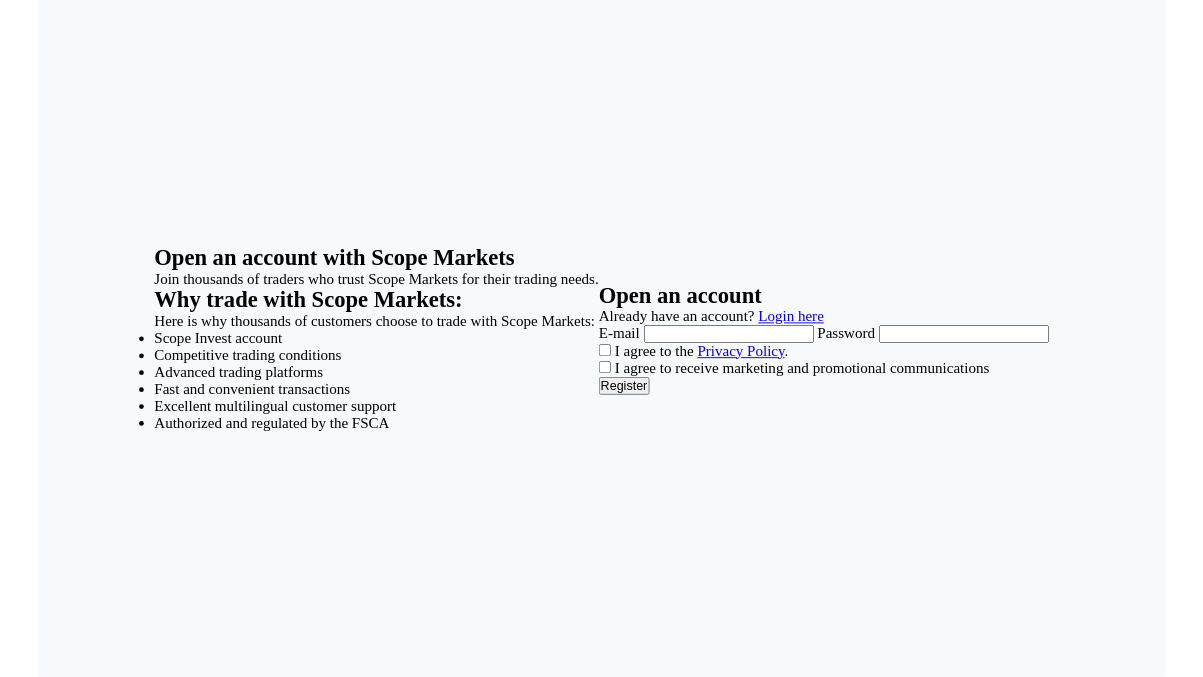
Repository: Jacques-Jaki-Morkel/vaultmarkets_SignupFlow
Page: index.HTML
An editor plug-in stored every save of this project. The page is shown before and after the next save, followed by the edit.
The browser window is 1280 px wide. The pictures show the whole page, at 94% of full size.

Above is the page before, as saved 2025-07-30 13:53:22.

### index.HTML
<!DOCTYPE html>
<html lang="en">
<head>
    <meta charset="UTF-8">
    <meta name="viewport" content="width=device-width, initial-scale=1.0">
    <title>Vault Markets - SignUP flow
    </title>
    <link rel="stylesheet" href="styles.css">
</head>
<body>
    <!-- Open account Section -->
    <section class="container-size openAccount-1">
        <div class="col-1">
            <h1>Open an account with Scope Markets</h1>
            <p>Join thousands of traders who trust Scope Markets for their trading needs.</p>
      <h2>Why trade with Scope Markets:</h2>
      <p>Here is why thousands of customers choose to trade with Scope Markets:</p>
      <ul>
        <li>Scope Invest account</li>
        <li>Competitive trading conditions</li>
        <li>Advanced trading platforms</li>
        <li>Fast and convenient transactions</li>
        <li>Excellent multilingual customer support</li>
        <li>Authorized and regulated by the FSCA</li>
      </ul>
    </div>

    <div class="col-2">
      <h2>Open an account</h2>
      <p>Already have an account? <a href="#">Login here</a></p>

      <form action="#" method="POST">
        <label for="email">E-mail</label>
        <input type="email" id="email" name="email" required>

        <label for="password">Password</label>
        <input type="password" id="password" name="password" required>

        <div>
          <input type="checkbox" id="privacy" name="privacy" required>
          <label for="privacy">I agree to the <a href="#">Privacy Policy</a>.</label>
        </div>

        <div>
          <input type="checkbox" id="marketing" name="marketing">
          <label for="marketing">I agree to receive marketing and promotional communications</label>
        </div>

        <button type="submit">Register</button>
      </form>
    </div>
    </section>

    <!-- Personal details Section -->
    <section class="container-size personal-2">
    </section>


    <script src="script.js"></script>
</body>
</html>

### styles.css
/* Reset and Base Styles */
* {
    margin: 0;
    padding: 0;
    box-sizing: border-box;
}

:root{
    --primary-color: #c89006;
    --secondary-color: #6c757d;
    --background-color: #f8f9fa;
    --text-color: #292929;
    --link-color: #007bff;
}

.container-size{
    max-width: 1200px;
    margin: 0 auto;
    padding: 0 20px;
}
.openAccount-1{
    display: flex;
    flex-direction: row;
    align-items: center;
    justify-content: center;
    height: 100vh;
    background-color: var(--background-color);
}

Loaded but not shown: script.js (no stored copy; drawn as an empty file)

After the next save:
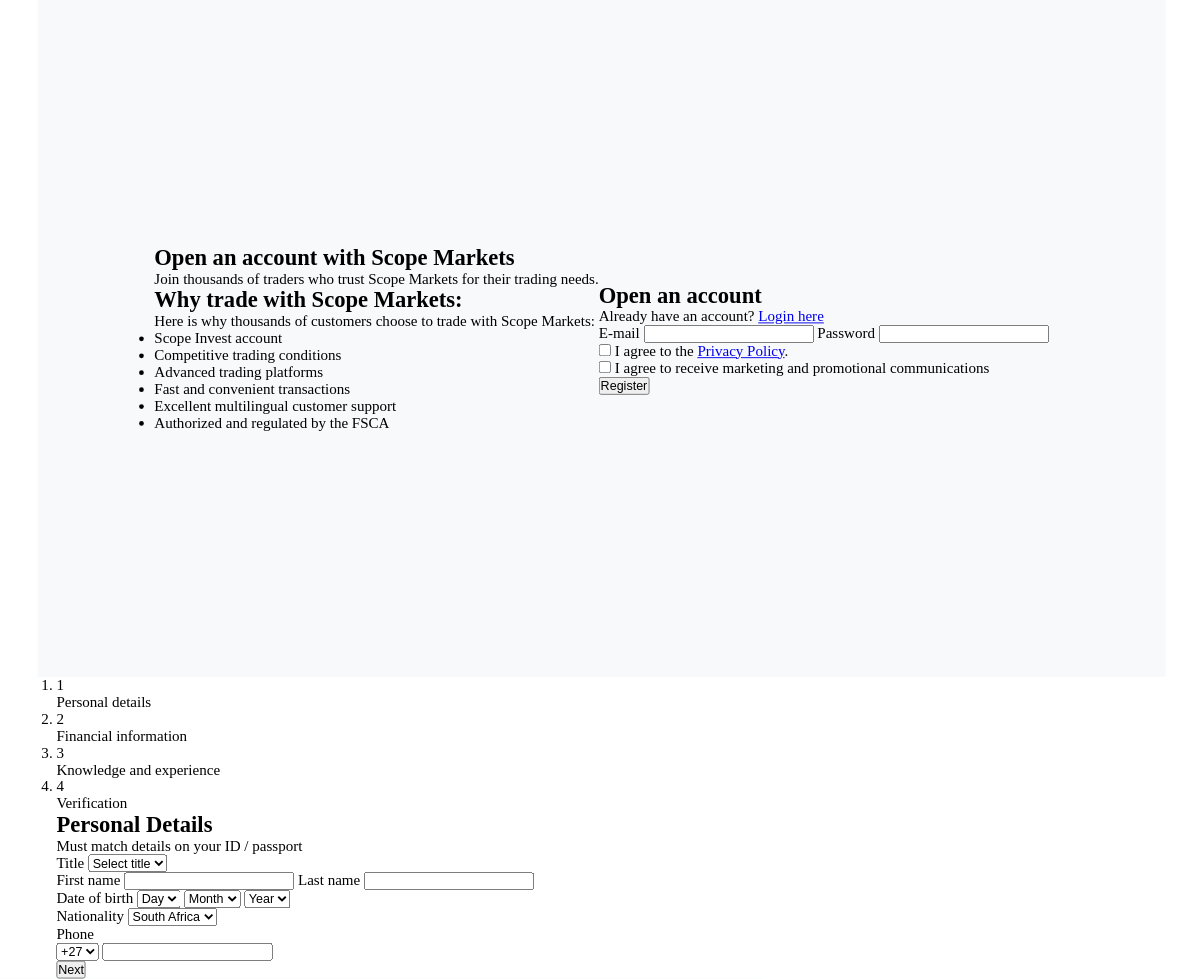
Saved 2 min 6 s later.
--- a/index.HTML
+++ b/index.HTML
@@ -53,6 +53,98 @@
 
     <!-- Personal details Section -->
     <section class="container-size personal-2">
+        <!-- Row 1: Progress Bar -->
+    <div>
+      <div>
+        <ol>
+          <li>
+            <div>1</div>
+            <p>Personal details</p>
+          </li>
+          <li>
+            <div>2</div>
+            <p>Financial information</p>
+          </li>
+          <li>
+            <div>3</div>
+            <p>Knowledge and experience</p>
+          </li>
+          <li>
+            <div>4</div>
+            <p>Verification</p>
+          </li>
+        </ol>
+      </div>
+    </div>
+
+    <!-- Row 2: Form -->
+    <div>
+      <h2>Personal Details</h2>
+      <p>Must match details on your ID / passport</p>
+
+      <form action="#" method="POST">
+
+        <!-- Title -->
+        <div>
+          <label for="title">Title</label>
+          <select id="title" name="title" required>
+            <option value="">Select title</option>
+            <option value="mr">Mr</option>
+            <option value="mrs">Mrs</option>
+            <option value="ms">Ms</option>
+            <option value="dr">Dr</option>
+          </select>
+        </div>
+
+        <!-- Name -->
+        <div>
+          <label for="first-name">First name</label>
+          <input type="text" id="first-name" name="first-name" required>
+
+          <label for="last-name">Last name</label>
+          <input type="text" id="last-name" name="last-name" required>
+        </div>
+
+        <!-- Date of Birth -->
+        <div>
+          <label>Date of birth</label>
+          <select name="dob-day" required>
+            <option value="">Day</option>
+            <!-- Add 1–31 -->
+          </select>
+          <select name="dob-month" required>
+            <option value="">Month</option>
+            <!-- Add Jan–Dec -->
+          </select>
+          <select name="dob-year" required>
+            <option value="">Year</option>
+            <!-- Add dynamic years -->
+          </select>
+        </div>
+
+        <!-- Nationality -->
+        <div>
+          <label for="nationality">Nationality</label>
+          <select id="nationality" name="nationality" required>
+            <option value="za" selected>South Africa</option>
+            <!-- Add more options -->
+          </select>
+        </div>
+
+        <!-- Phone -->
+        <div>
+          <label for="phone">Phone</label>
+          <div>
+            <select name="country-code" required>
+              <option value="+27">+27</option>
+              <!-- Add other country codes if needed -->
+            </select>
+            <input type="tel" id="phone" name="phone" required>
+          </div>
+        </div>
+
+        <button type="submit">Next</button>
+      </form>
     </section>
 
 
